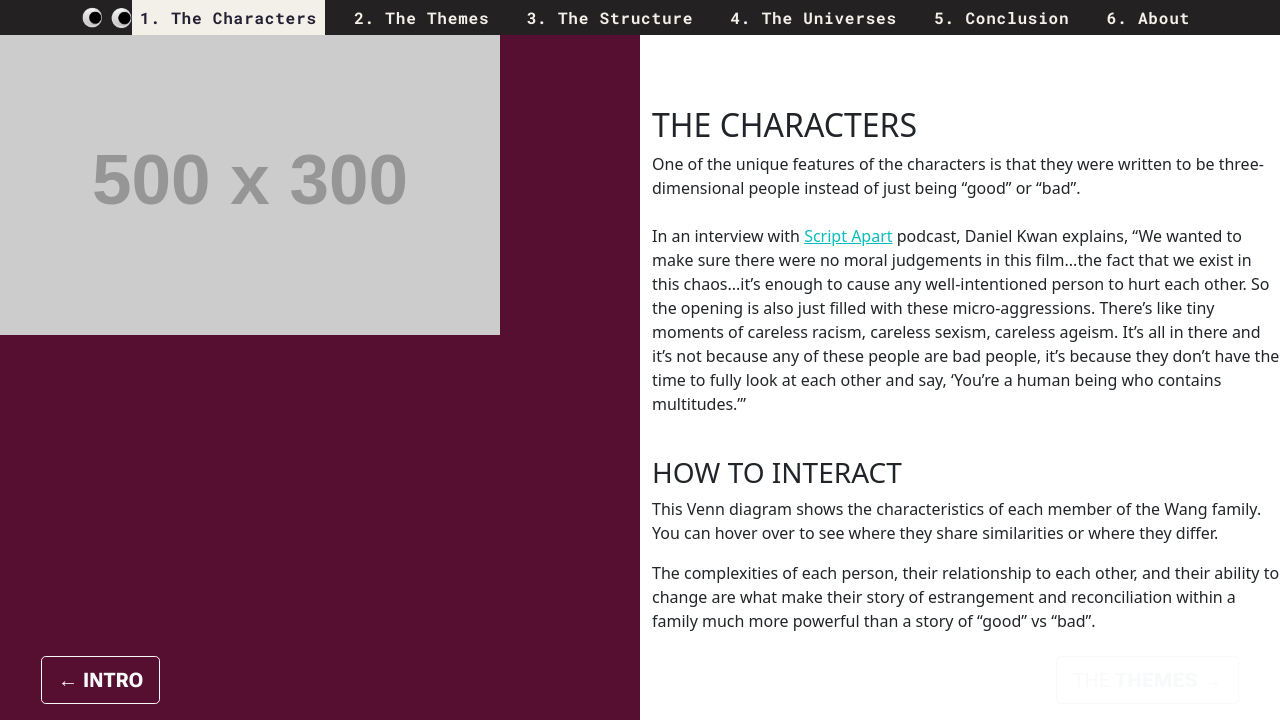
Repository: angelica-hom/msdv-thesis
Page: characters.html
The author's editor kept a record of every edit. The page is drawn from the files as they stood at one moment, then again after the next edit.
The browser window is 1280 px wide. The pictures show the whole page.

Above is the page before.

### characters.html
<!DOCTYPE html>
<html lang="en">
  <head>
    <meta charset="utf-8" />
    <meta name="viewport" content="width=device-width, initial-scale=1" />
    <link
      href="https://cdn.jsdelivr.net/npm/bootstrap@5.1.3/dist/css/bootstrap.min.css"
      rel="stylesheet"
    />
    <link href="characters.css" rel="stylesheet" />
    <title>Decoding Everything Everywhere All at Once</title>
  </head>
  <body>
    <nav class="navbar navbar-expand-lg navbar-custom">
      <div class="container">
        <a class="navbar-brand" href="index.html">
          <img
            src="images/Googly Eyes.png"
            alt="Decoding Everything Everywhere All at Once"
            height="50"
          />
        </a>
        <div class="collapse navbar-collapse" id="navbarNav">
          <ul class="navbar-nav mx-auto">
            <li class="nav-item">
              <!-- Add "btn-characters" class to the "Characters" button -->
              <a class="nav-link btn-selected" href="characters.html"
                >1. The Characters</a
              >
            </li>
            <li class="nav-item">
              <a class="nav-link" href="themes.html">2. The Themes</a>
            </li>
            <li class="nav-item">
              <a class="nav-link" href="structure.html">3. The Structure</a>
            </li>
            <li class="nav-item">
              <a class="nav-link" href="universes.html">4. The Universes</a>
            </li>
            <li class="nav-item">
              <a class="nav-link" href="conclusion.html">5. Conclusion</a>
            </li>
            <li class="nav-item">
              <a class="nav-link" href="about.html">6. About</a>
            </li>
          </ul>
        </div>
      </div>
    </nav>

    <div class="container-fluid">
      <div class="row">
        <div class="col-md-6 left-section">
          <img
            src="https://via.placeholder.com/500x300"
            alt="Static image"
            class="img-fluid"
          />
        </div>
        <div
          class="col-md-6 d-flex flex-column justify-content-center right-section"
        >
          <div id="content">
            <h2>THE <span class="bold">CHARACTERS</span></h2>
            <span class="subheading"
              >One of the unique features of the characters is that they were
              written to be three-dimensional people instead of just being
              “good” or “bad”.</span
            >
            <br /><br />
            <p>
              In an interview with
              <a
                href="https://screencraft.org/blog/script-apart-the-daniels-unpack-everything-everywhere-all-at-once/"
                target="_blank"
                >Script Apart</a
              >
              podcast, Daniel Kwan explains, “We wanted to make sure there were
              no moral judgements in this film...the fact that we exist in this
              chaos...it’s enough to cause any well-intentioned person to hurt
              each other. So the opening is also just filled with these
              micro-aggressions. There’s like tiny moments of careless racism,
              careless sexism, careless ageism. It’s all in there and it’s not
              because any of these people are bad people, it’s because they
              don’t have the time to fully look at each other and say, ‘You’re a
              human being who contains multitudes.’”
            </p>
            <br />
            <h3>HOW TO INTERACT</h3>
            <p>
              This Venn diagram shows the characteristics of each member of the
              Wang family. You can hover over to see where they share
              similarities or where they differ.
            </p>
            <p>
              The complexities of each person, their relationship to each other,
              and their ability to change are what make their story of
              estrangement and reconciliation within a family much more powerful
              than a story of “good” vs “bad”.
            </p>
          </div>
          <div class="nav-sticky-bottom">
            <div class="d-flex justify-content-between">
              <a href="intro.html" class="btn btn-outline-light btn-lg"
                ><span class="button-bold">← INTRO</span></a
              >
              <a href="themes.html" class="btn btn-outline-light btn-lg"
                >THE <span class="button-bold">THEMES →</span></a
              >
            </div>
          </div>
        </div>
      </div>
    </div>

    <script src="characters.js"></script>
    <script src="https://cdn.jsdelivr.net/npm/@popperjs/core@2.11.6/dist/umd/popper.min.js"></script>
    <script src="https://cdn.jsdelivr.net/npm/bootstrap@5.1.3/dist/js/bootstrap.min.js"></script>
    <script src="https://code.highcharts.com/highcharts.js"></script>
    <script src="https://code.highcharts.com/modules/venn.js"></script>
    <script src="https://code.highcharts.com/modules/exporting.js"></script>
    <script src="https://code.highcharts.com/modules/accessibility.js"></script>
  </body>
</html>

### characters.css
@import url('https://fonts.googleapis.com/css2?family=Roboto+Flex:wght@100;200;300;400;500;600;700;800;900;1000&display=swap');
@import url('https://fonts.googleapis.com/css2?family=Roboto+Mono:ital,wght@0,100;0,200;0,300;0,400;0,500;0,600;0,700;1,100;1,200;1,300;1,400;1,500;1,600;1,700&display=swap');

body, html {
    margin: 0;
    height: 100%;
    overflow-x: hidden;
}

.container-fluid {
    height: calc(100% - 35px); /* Subtract navbar height */
    padding: 0;
}

.row {
    height: 100%;
}

/* NAVBAR */
.navbar-custom {
    margin-bottom: 0;
    height: 35px;
    align-items: center; /* Center the navbar content vertically */
    background-color: #232122; /* New navbar background color */
    width: 100%; /* Make the navbar container wider */
    font-family: 'Roboto Mono', monospace; /* Specify the font family */
    font-weight: 700;
}

.navbar-custom .navbar-brand,
.navbar-custom .nav-link {
    color: #F3EFE9;
    padding: 0;
    line-height: 35px;
    font-size: 16px;
    letter-spacing: 0.05em;
    font-family: 'Roboto Mono', monospace;
    margin: 0; /* Add a margin to create more space between nav items */
}

.navbar-custom .navbar-nav {
    flex-grow: 1;
    display: flex;
    justify-content: space-between; /* Spread out the nav items */
}

.navbar-custom .nav-link:hover {
    color: #232122;
    background-color: #F3EFE9; /* New background color on hover */
}

/* Change the background-color and color for the "Characters" button */
.btn-selected {
    background-color: #F3EFE9 !important;
    color: #232133 !important;
}

/*a:focus, a:active, a:hover {*/
/*  outline: none;*/
/*  text-decoration: none;*/
  /*color: #F3EFE9; /* Set the desired color for the links */
/*}*/

/* Change the color of an inactive (unvisited) hyperlink */
a {
    color: #08BDBD; /* Replace with your desired color */
}

/* Change the color of a hyperlink when hovered over */
a:hover {
    color: #5A9; /* Replace with your desired color */
}

/* LEFT SECTION STYLE */
.left-section {
    background-color: #F3EFE9;
}

/* LEFT SECTION STYLE */
.left-section {
    background-color: #570F31;
    color: #FFF; /* Set text color to white for better contrast */
    justify-content: flex-start!important;
    position: relative;
}

.left-section #content {
    padding: 25px;
}

.left-section #content h2 {
    font-family: 'Roboto Flex', sans-serif;
    font-style: normal;
    font-weight: 200;
    font-size: 45px;
}

.left-section #content .subheading {
    font-family: 'Roboto Flex', sans-serif;
    font-style: normal;
    font-weight: 700;
    font-size: 16px;
}

.left-section #content h3 {
    font-family: 'Roboto Flex', sans-serif;
    font-style: normal;
    font-weight: 700;
    font-size: 16px;
}

@media (max-width: 768px) {
  h2 {
    font-size: 28px;
  }
}

.left-section #content .bold {
    font-weight: 800;
}

.left-section #content p {
    font-family: 'Roboto Mono', monospace;
    font-style: normal;
    font-weight: 400;
    font-size: 15px;
}

.justify-content-between {
    padding: 0px 25px!important;
    font-family: 'Roboto Flex', sans-serif!important;
}

.button-bold {
    font-weight: 800;
}

.nav-sticky-bottom {
    position: absolute;
    bottom: 0;
    left: 0;
    right: 0;
    padding: 1rem;
}

/* VISUALIZATION */
.vertical-center {
  margin: 0;
  position: relative;
  top: 50%;
  -ms-transform: translateY(-50%);
  transform: translateY(-50%);
}

### characters.js
document.addEventListener('keydown', function (event) {
    if (event.code === 'ArrowLeft') {
        window.location.href = 'intro.html';
    }
});

document.addEventListener('keydown', function (event) {
    if (event.code === 'ArrowRight') {
        window.location.href = 'themes.html';
    }
});

After the next edit:
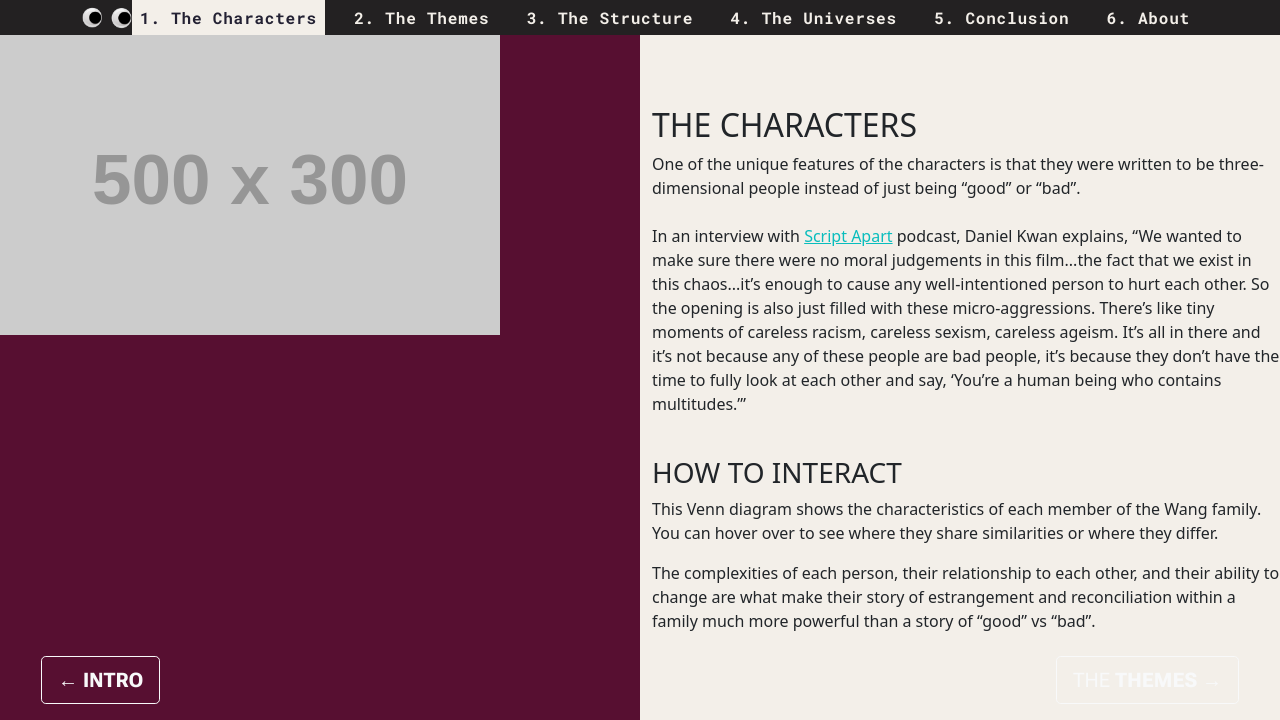
The edit:
--- a/characters.css
+++ b/characters.css
@@ -71,8 +71,8 @@
     color: #5A9; /* Replace with your desired color */
 }
 
-/* LEFT SECTION STYLE */
-.left-section {
+/* RIGHT SECTION STYLE */
+.right-section {
     background-color: #F3EFE9;
 }
 
